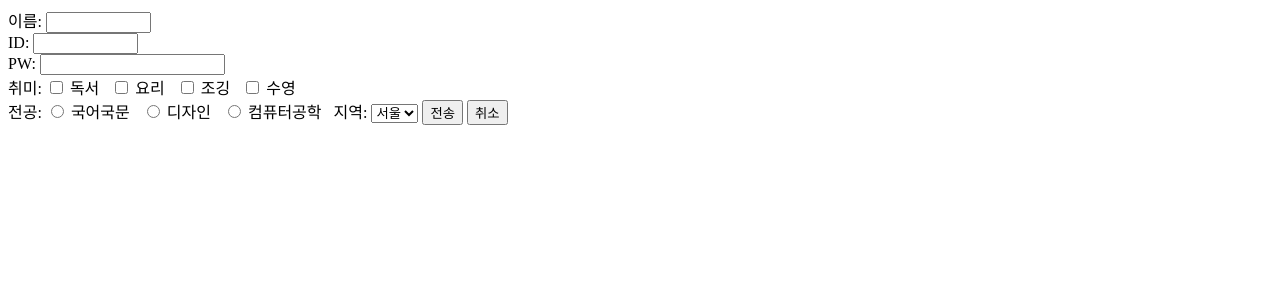
Repository: xxihyun0830/JSP
Page: http://localhost/02_GetPost/ex_join.jsp
These files come from the project's save history. The page is drawn as it stood at one moment and after the next save; the edit follows.
The browser window is 1280 px wide. The pictures show the whole page.
The page is served by Tomcat 9. Other server files are loaded and not shown.

Above is the page before, as saved 2019-07-14 15:52:13.

### 02_GetPost/WebContent/ex_join.jsp
<%@ page language="java" contentType="text/html; charset=utf-8"
    pageEncoding="utf-8"%>
<!DOCTYPE html>
<html>
<head>
<meta charset="utf-8">
<title>내가 하는 __ 가입창</title>
</head>
<body>

<form action = "ex_joinOk" method = "get">
이름: <input type = "text" name = "Name" size = "10"> <br>
ID: <input type = "text" name = "Id" size = "10"> <br>
PW: <input type = "password" name = "Pw" size = "20"> <br>
취미: <input type = "checkbox" name = "Hobby" value = "reading"> 독서 &nbsp;
     <input type = "checkbox" name = "Hobby" value = "cooking"> 요리 &nbsp;
     <input type = "checkbox" name = "Hobby" value = "조깅하기"> 조깅 &nbsp;
     <input type = "checkbox" name = "Hobby" value = "수영하기"> 수영 &nbsp; <br>

전공: <input type = "radio" name = "Major"  value = "국어국문학과"> 국어국문 &nbsp;
     <input type = "radio" name = "Major" value = "디자인학과"> 디자인 &nbsp;
     <input type = "radio" name = "Major" value = "컴퓨터공학과"> 컴퓨터공학 &nbsp;
지역: <select name = "Region">
        <option> 서울 </option>
        <option> 대전 </option>
        <option> 대구 </option>
        <option> 부산 </option>
        <option> 광주 </option>
     </select>

<input type = "submit" value="전송">
<input type = "reset" value = "취소">
</form>



</body>
</html>

After the next save:
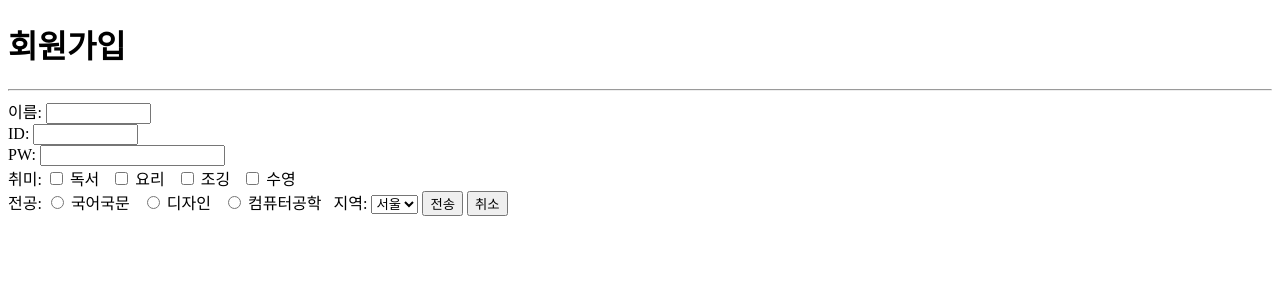
Saved 45 s later.
--- a/02_GetPost/WebContent/ex_join.jsp
+++ b/02_GetPost/WebContent/ex_join.jsp
@@ -7,6 +7,8 @@
 <title>내가 하는 __ 가입창</title>
 </head>
 <body>
+<h1>회원가입</h1>
+<hr>
 
 <form action = "ex_joinOk" method = "get">
 이름: <input type = "text" name = "Name" size = "10"> <br>
